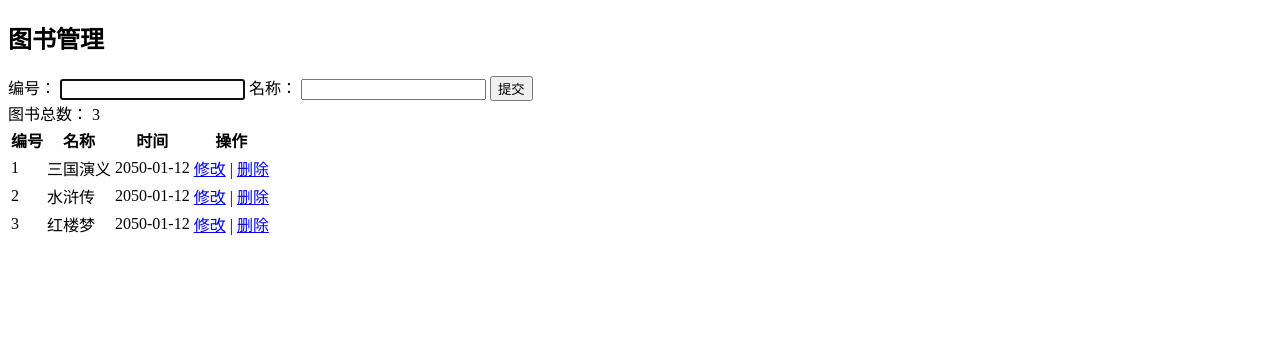
Repository: wjiawei97/FrontEndExercises
Page: 8. book_manegement/public/books.html
These files come from the project's save history. The page is drawn as it stood at one moment and after the next save; the edit follows.
The browser window is 1280 px wide. The pictures show the whole page.

Above is the page before, as saved 2021-08-24 05:50:16.

After the next save:
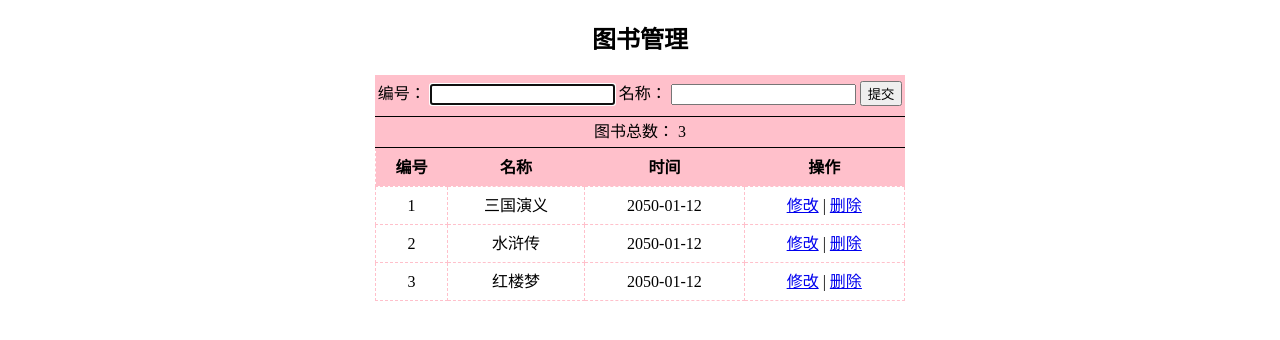
Saved 42 s later.
--- a/8. book_manegement/public/books.html
+++ b/8. book_manegement/public/books.html
@@ -6,9 +6,7 @@
     <meta http-equiv="X-UA-Compatible" content="IE=edge">
     <meta name="viewport" content="width=device-width, initial-scale=1.0">
     <title>Document</title>
-    <style>
-
-    </style>
+    <link rel="stylesheet" type="text/css" href="css/index.css">
 </head>
 
 <body>
